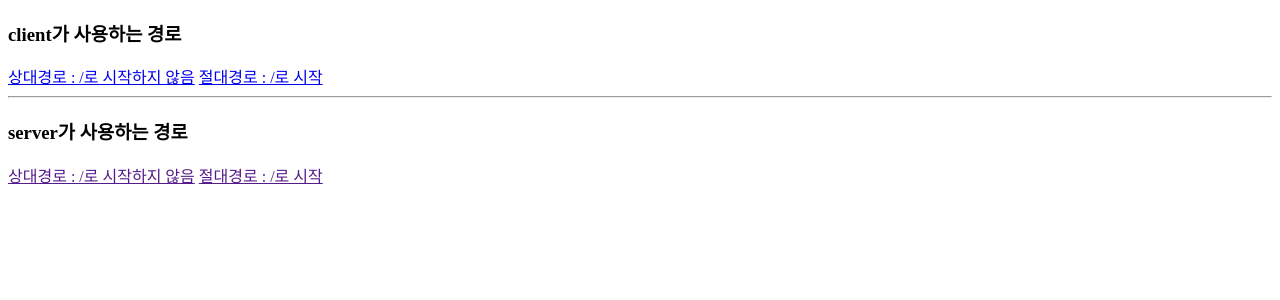
Repository: JJinBBangg/JSP
Page: http://localhost/jsp/ch07/lecture/04path/01path.jsp
These files come from the project's save history. The page is drawn as it stood at one moment and after the next save; the edit follows.
The browser window is 1280 px wide. The pictures show the whole page.
The page is served by Tomcat 9.

Above is the page before, as saved 2023-03-30 00:52:05.

After the next save:
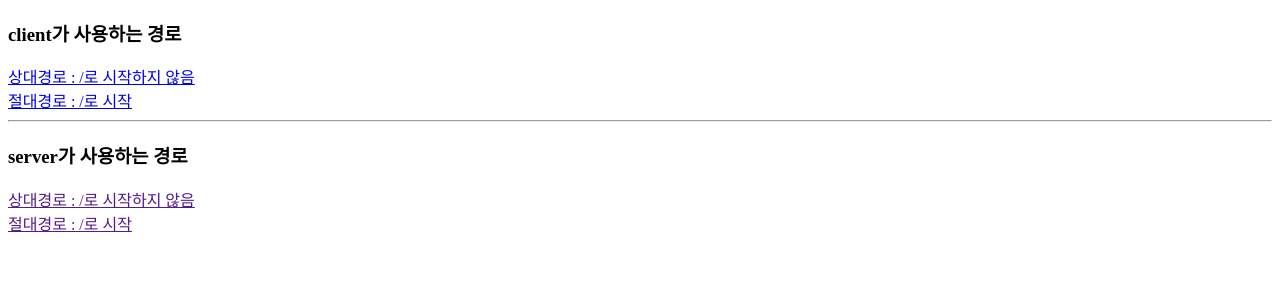
Saved 14 s later.
--- a/jsp/src/main/webapp/ch07/lecture/04path/01path.jsp
+++ b/jsp/src/main/webapp/ch07/lecture/04path/01path.jsp
@@ -10,12 +10,12 @@
 </head>
 <body>
 	<h3>client가 사용하는 경로</h3>
-	<a href="02path.jsp">상대경로 : /로 시작하지 않음</a>
+	<a href="02path.jsp">상대경로 : /로 시작하지 않음</a><br />
 	<a href="/ch07/lecture/04path/02path.jsp">절대경로 : /로 시작</a>
 	<hr />
 
 	<h3>server가 사용하는 경로</h3>
-	<a href="">상대경로 : /로 시작하지 않음</a>
+	<a href="">상대경로 : /로 시작하지 않음</a><br />
 	<a href="">절대경로 : /로 시작</a>
 </body>
 </html>
